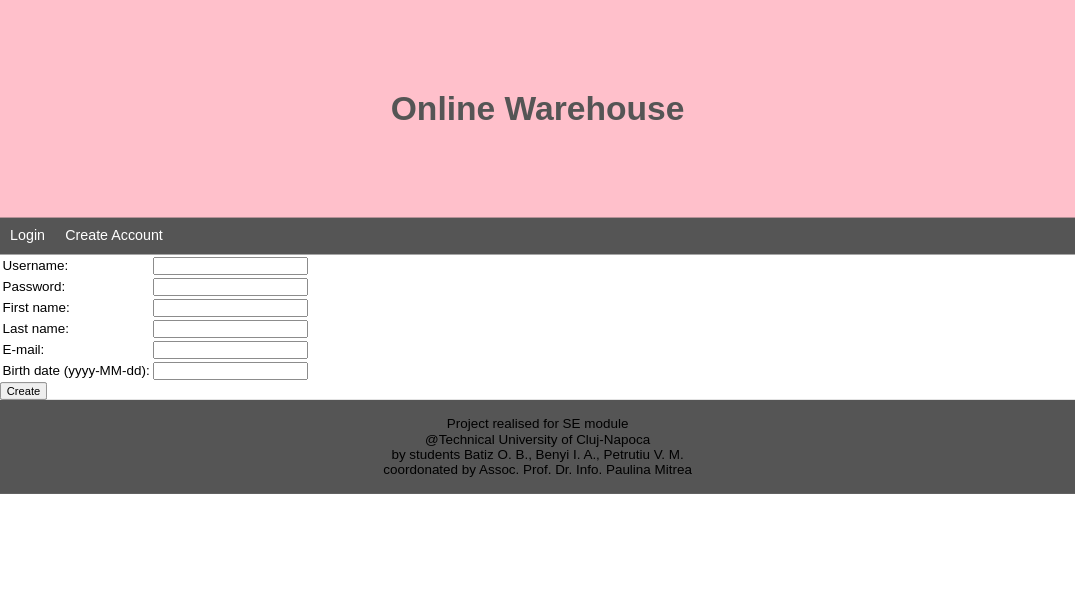
Repository: orsi-batiz/SEwithJSP
Page: http://localhost/OnlineWarehouse/createAccount.jsp
The author's editor kept a copy of each file at every save. The page is drawn from the files as they stood at one save, then again after the next save.
The browser window is 1280 px wide. The page is 1280 px wide, then 1291 px, so the pictures cover 1291 px, including what lies to the right of the window. The pictures show the whole page, at 84% of full size.
The page is served by Tomcat 9. Other server files are loaded and not shown.

Above is the page before, as saved 2019-01-16 19:16:21.

### OnlineWarehouse/OnlineWarehouse/WebContent/createAccount.jsp
<%@ page language="java" contentType="text/html; charset=ISO-8859-1"
    pageEncoding="ISO-8859-1"%>
<!DOCTYPE html>
<html>
<head>
<meta charset="ISO-8859-1">
<title>Create account</title>
</head>
<body>
<jsp:include page="header.jsp" />

<form action="createAccountServlet" method="post">
			<table style="with: 50%">
				<tr>
					<td>Username: </td>
					<td><input type="text" name="username" /></td>
				</tr>
				<tr>
					<td>Password: </td>
					<td><input type="password" name="password" /></td>
				</tr>
				<tr>
					<td>First name:</td>
					<td><input type="text" name="firstName" /></td>
				</tr>
					<tr>
					<td>Last name:</td>
					<td><input type="text" name="lastName" /></td>
				</tr>
				<tr>
					<td>E-mail: </td>
					<td><input type="text" name="email" /></td>
				</tr>
				<tr>
					<td>Birth date (yyyy-MM-dd): </td>
					<td><input type="text" name="birthDate" /></td>
				</tr>
				</table>
			<input type="submit" value="Create" /></form>

<jsp:include page="footer.jsp" />
</body>
</html>

### OnlineWarehouse/OnlineWarehouse/WebContent/header.jsp
<%@ page language="java" contentType="text/html; charset=UTF-8"
    pageEncoding="UTF-8"%>
<%@ taglib uri="http://java.sun.com/jsp/jstl/core" prefix="c"%>

<!DOCTYPE html>
<html>
<head>
<meta name="viewport" content="width=device-width, initial-scale=1">
<style>
body {
  margin: 0;
  font-family: Arial, Helvetica, sans-serif;
}

.header-container {
  width: 100%;
  background-color: #555;
  overflow: auto;
}

.header-container a {
  float: left;
  padding: 12px;
  color: white;
  text-decoration: none;
  font-size: 17px;
}

.header-container a:hover {
  background-color: #000;
}

.header-container a:focus {
  background-color: #FFC0CB;
}

.header {
  padding: 80px;
  text-align: center;
  background: #FFC0CB;
  color: #555;
}

/* Increase the font size of the heading */
.header h1 {
  font-size: 40px;
}

</style>
</head>
<body>

<div class="header-container">

    <div class="header">
  		<h1>Online Warehouse</h1>
	</div>

    <div class="header-bar">
        <c:if test="${sessionScope.customer != null}">
           <form action="accountServlet" method="get">
				<input type="submit" value="Account" /></form>
           <form action="logoutServlet" method="post">
				<input type="submit" value="Logout" /></form>

        </c:if>
        <c:if test="${sessionScope.customer == null}">
            <a href="${pageContext.request.contextPath}/login.jsp" >Login</a>
        	<a href="${pageContext.request.contextPath}/createAccount.jsp" >Create Account</a>
        </c:if>

    </div>
</div>

</body>
</html>

### OnlineWarehouse/OnlineWarehouse/WebContent/footer.jsp
<%@ page language="java" contentType="text/html; charset=UTF-8"
    pageEncoding="UTF-8"%>
<!DOCTYPE html>
<html>
<head>
<meta name="viewport" content="width=device-width, initial-scale=1">
<style>
body {
  margin: 0;
  font-family: Arial, Helvetica, sans-serif;
}

.footer-container {
  padding: 20px;
  text-align: center;
  background: #555;
}

</style>
</head>
<body>

<div class="footer-container">

   Project realised for SE module
   <br>
   @Technical University of Cluj-Napoca
   <br>
   by students Batiz O. B., Benyi I. A., Petrutiu V. M.
   <br>
   coordonated by Assoc. Prof. Dr. Info. Paulina Mitrea

</div>

### OnlineWarehouse/OnlineWarehouse/WebContent/menu.jsp
<%@ page language="java" contentType="text/html; charset=UTF-8"
    pageEncoding="UTF-8"%>

<div class="menu-container">

   <a href="${pageContext.request.contextPath}/index.jsp">Home</a>
   <!-- |
   <a href="${pageContext.request.contextPath}/productList">
      Product List
   </a>
   |
   <a href="${pageContext.request.contextPath}/shoppingCart">
      My Cart
   </a>
   |
   <security:authorize  access="hasAnyRole('ROLE_MANAGER','ROLE_EMPLOYEE')">
     <a href="${pageContext.request.contextPath}/orderList">
         Order List
     </a>
     |
   </security:authorize>

   <security:authorize  access="hasRole('ROLE_MANAGER')">
         <a href="${pageContext.request.contextPath}/product">
                        Create Product
         </a>
         |
   </security:authorize>
  -->
</div>

After the next save:
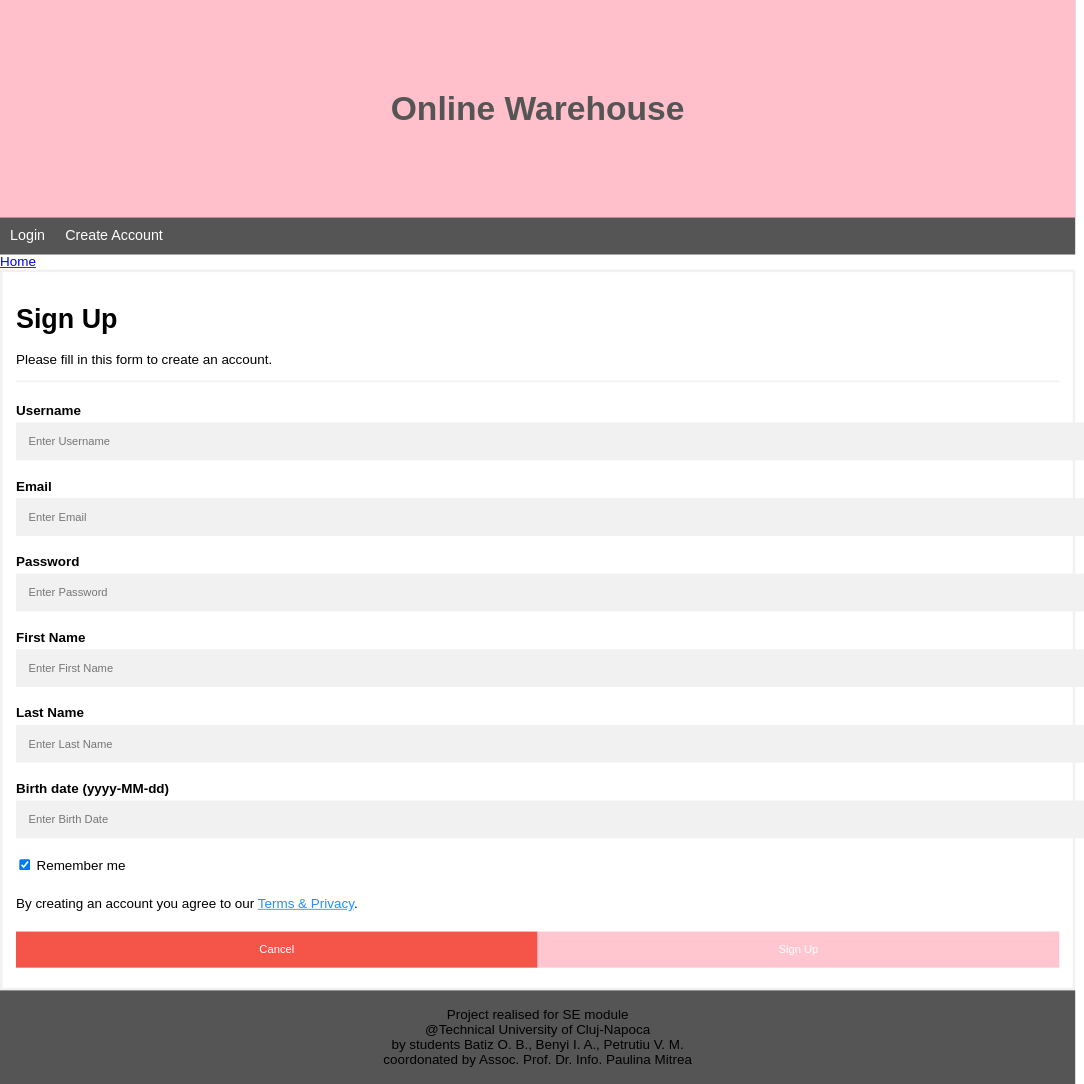
Saved 90 s later.
--- a/OnlineWarehouse/OnlineWarehouse/WebContent/createAccount.jsp
+++ b/OnlineWarehouse/OnlineWarehouse/WebContent/createAccount.jsp
@@ -5,38 +5,121 @@
 <head>
 <meta charset="ISO-8859-1">
 <title>Create account</title>
+
+<style>
+body {font-family: Arial, Helvetica, sans-serif;}
+form {border: 3px solid #f1f1f1;}
+
+  input[type=text], input[type=password] {
+  width: 100%;
+  padding: 15px;
+  margin: 5px 0 22px 0;
+  display: inline-block;
+  border: none;
+  background: #f1f1f1;
+}
+
+input[type=text]:focus, input[type=password]:focus {
+  background-color: #ddd;
+  outline: none;
+}
+
+hr {
+  border: 1px solid #f1f1f1;
+  margin-bottom: 25px;
+}
+
+/* Set a style for all buttons */
+button {
+  background-color: #FFC0CB;
+  color: white;
+  padding: 14px 20px;
+  margin: 8px 0;
+  border: none;
+  cursor: pointer;
+  width: 100%;
+  opacity: 0.9;
+}
+
+button:hover {
+  opacity:1;
+}
+
+/* Extra styles for the cancel button */
+.cancelbtn {
+  padding: 14px 20px;
+  background-color: #f44336;
+}
+
+/* Float cancel and signup buttons and add an equal width */
+.cancelbtn, .signupbtn {
+  float: left;
+  width: 50%;
+}
+
+/* Add padding to container elements */
+.container {
+  padding: 16px;
+}
+
+/* Clear floats */
+.clearfix::after {
+  content: "";
+  clear: both;
+  display: table;
+}
+
+/* Change styles for cancel button and signup button on extra small screens */
+@media screen and (max-width: 300px) {
+  .cancelbtn, .signupbtn {
+    width: 100%;
+  }
+}
+
+</style>
 </head>
 <body>
 <jsp:include page="header.jsp" />
+<jsp:include page="menu.jsp" />
 
 <form action="createAccountServlet" method="post">
-			<table style="with: 50%">
-				<tr>
-					<td>Username: </td>
-					<td><input type="text" name="username" /></td>
-				</tr>
-				<tr>
-					<td>Password: </td>
-					<td><input type="password" name="password" /></td>
-				</tr>
-				<tr>
-					<td>First name:</td>
-					<td><input type="text" name="firstName" /></td>
-				</tr>
-					<tr>
-					<td>Last name:</td>
-					<td><input type="text" name="lastName" /></td>
-				</tr>
-				<tr>
-					<td>E-mail: </td>
-					<td><input type="text" name="email" /></td>
-				</tr>
-				<tr>
-					<td>Birth date (yyyy-MM-dd): </td>
-					<td><input type="text" name="birthDate" /></td>
-				</tr>
-				</table>
-			<input type="submit" value="Create" /></form>
+
+<div class="container">
+    <h1>Sign Up</h1>
+    <p>Please fill in this form to create an account.</p>
+    <hr>
+
+    <label for="username"><b>Username</b></label>
+    <input type="text" placeholder="Enter Username" name="username" required>
+
+    <label for="email"><b>Email</b></label>
+    <input type="text" placeholder="Enter Email" name="email" required>
+
+    <label for="psw"><b>Password</b></label>
+    <input type="password" placeholder="Enter Password" name="password" required>
+
+    <label for="firstName"><b>First Name</b></label>
+    <input type="text" placeholder="Enter First Name" name="firstName" required>
+
+    <label for="lastName"><b>Last Name</b></label>
+    <input type="text" placeholder="Enter Last Name" name="lastName" required>
+
+    <label for="birthDate"><b>Birth date (yyyy-MM-dd)</b></label>
+    <input type="text" placeholder="Enter Birth Date" name="birthDate" required>
+
+    <label>
+      <input type="checkbox" checked="checked" name="remember" style="margin-bottom:15px"> Remember me
+    </label>
+
+    <p>By creating an account you agree to our <a href="#" style="color:dodgerblue">Terms & Privacy</a>.</p>
+
+    <div class="clearfix">
+      <button type="button" class="cancelbtn">Cancel</button>
+      <button type="submit" class="signupbtn" value="Create">Sign Up</button>
+    </div>
+  </div>
+
+</form>
 
 <jsp:include page="footer.jsp" />
 </body>
